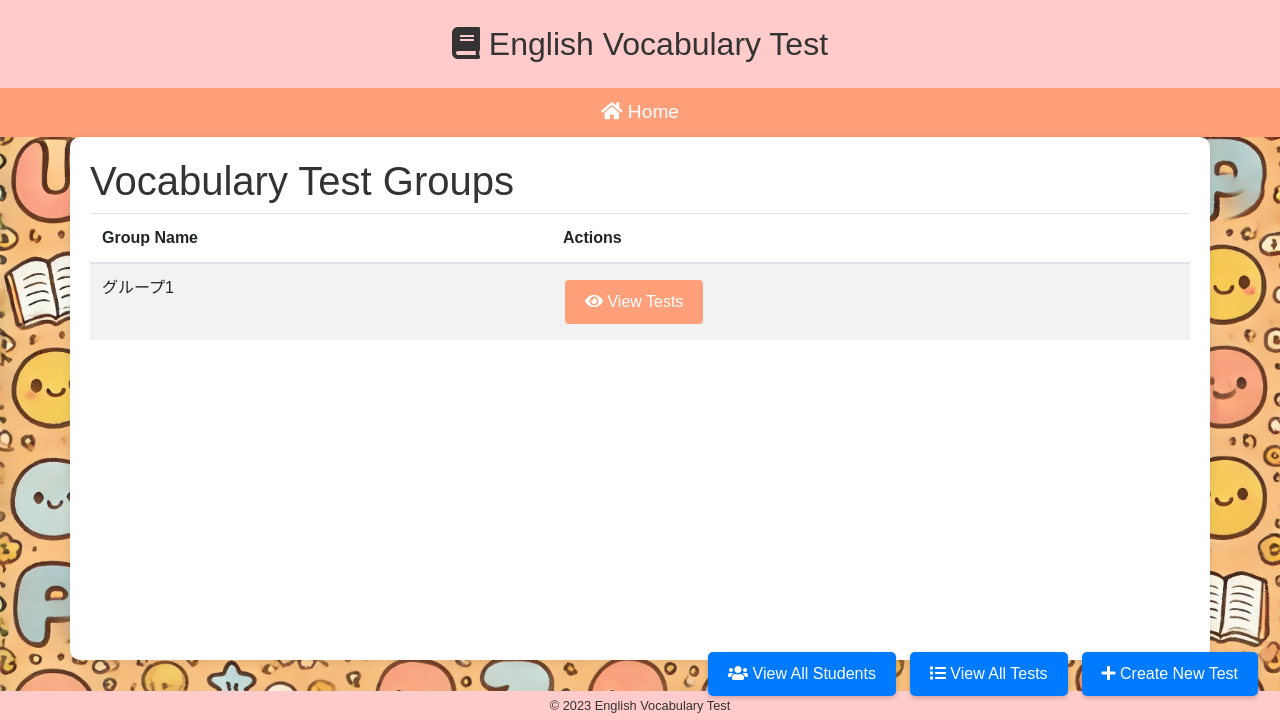
Repository: YamatoGH/testapp
Page: http://localhost/
An editor plug-in stored every save of this project. The page is shown before and after the next save, followed by the edit.
The browser window is 1280 px wide. The pictures show the whole page.
The page is served by the project's application, run on Django 5.2 (manage.py).

Above is the page before, as saved 2024-07-21 12:13:58.

After the next save:
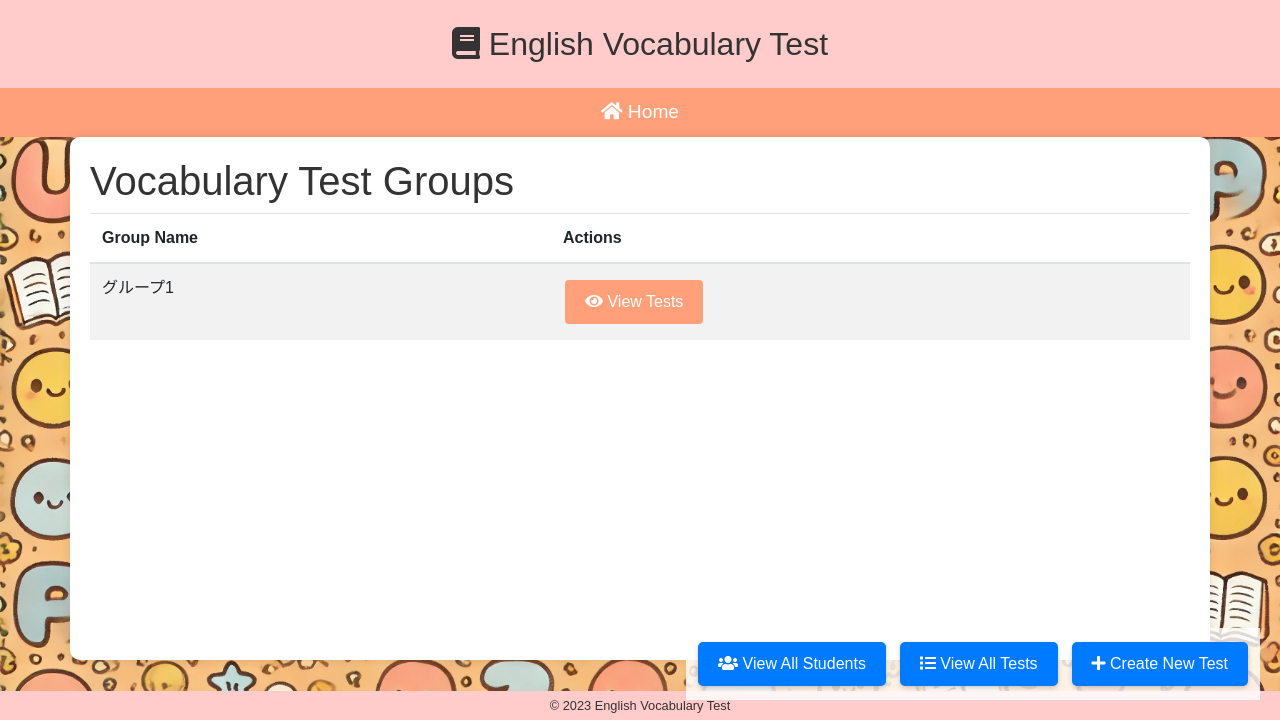
Saved 4 min 40 s later.
--- a/testapp/static/testapp/css/style.css
+++ b/testapp/static/testapp/css/style.css
@@ -98,26 +98,28 @@
 }
 
 .fixed-buttons {
-    position: fixed !important;
-    bottom: 20px !important;
-    right: 20px !important;
-    display: flex !important;
-    flex-direction: row !important;
-    gap: 10px !important;
-    align-items: center !important;
-    z-index: 1000 !important;
+    position: fixed;
+    bottom: 20px;
+    right: 20px;
+    display: flex;
+    flex-direction: row;
+    gap: 10px;
+    align-items: center;
+    z-index: 1000;
+    background-color: rgba(255, 255, 255, 0.8);  /* Optional: for better visibility */
+    padding: 10px;  /* Optional: for better spacing */
 }
 
 .fixed-buttons .btn-custom {
-    background-color: #007bff !important;
-    color: white !important;
-    padding: 10px 20px !important;
-    border-radius: 5px !important;
-    text-decoration: none !important;
-    box-shadow: 0 2px 5px rgba(0,0,0,0.2) !important;
-    transition: background-color 0.3s ease !important;
+    background-color: #007bff;
+    color: white;
+    padding: 10px 20px;
+    border-radius: 5px;
+    text-decoration: none;
+    box-shadow: 0 2px 5px rgba(0,0,0,0.2);
+    transition: background-color 0.3s ease;
 }
 
 .fixed-buttons .btn-custom:hover {
-    background-color: #0056b3 !important;
+    background-color: #0056b3;
 }

After the 2 saves that followed:
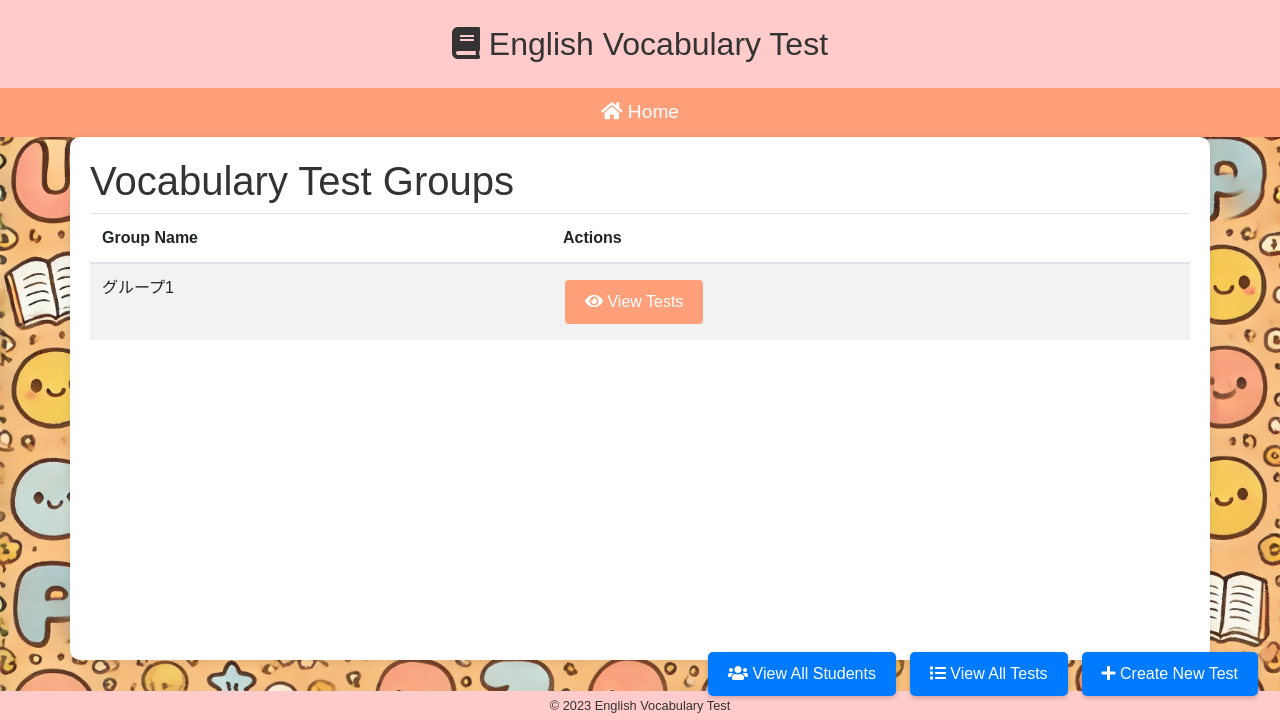
The 2 saves are shown as one change because 1 left the picture as it was.
The last was saved 5 min 31 s later.
--- a/testapp/static/testapp/css/style.css
+++ b/testapp/static/testapp/css/style.css
@@ -98,28 +98,28 @@
 }
 
 .fixed-buttons {
-    position: fixed;
-    bottom: 20px;
-    right: 20px;
-    display: flex;
-    flex-direction: row;
-    gap: 10px;
-    align-items: center;
-    z-index: 1000;
-    background-color: rgba(255, 255, 255, 0.8);  /* Optional: for better visibility */
-    padding: 10px;  /* Optional: for better spacing */
+    position: fixed !important;
+    bottom: 20px !important;
+    right: 20px !important;
+    display: flex !important;
+    flex-direction: row !important;
+    gap: 10px !important;
+    align-items: center !important;
+    z-index: 1000 !important;
+    /* background-color: rgba(255, 255, 255, 0.8) !important;  Optional: for better visibility */
+    /* padding: 10px !important;  Optional: for better spacing */
 }
 
 .fixed-buttons .btn-custom {
-    background-color: #007bff;
-    color: white;
-    padding: 10px 20px;
-    border-radius: 5px;
-    text-decoration: none;
-    box-shadow: 0 2px 5px rgba(0,0,0,0.2);
-    transition: background-color 0.3s ease;
+    background-color: #007bff !important;
+    color: white !important;
+    padding: 10px 20px !important;
+    border-radius: 5px !important;
+    text-decoration: none !important;
+    box-shadow: 0 2px 5px rgba(0,0,0,0.2) !important;
+    transition: background-color 0.3s ease !important;
 }
 
 .fixed-buttons .btn-custom:hover {
-    background-color: #0056b3;
+    background-color: #0056b3 !important;
 }
